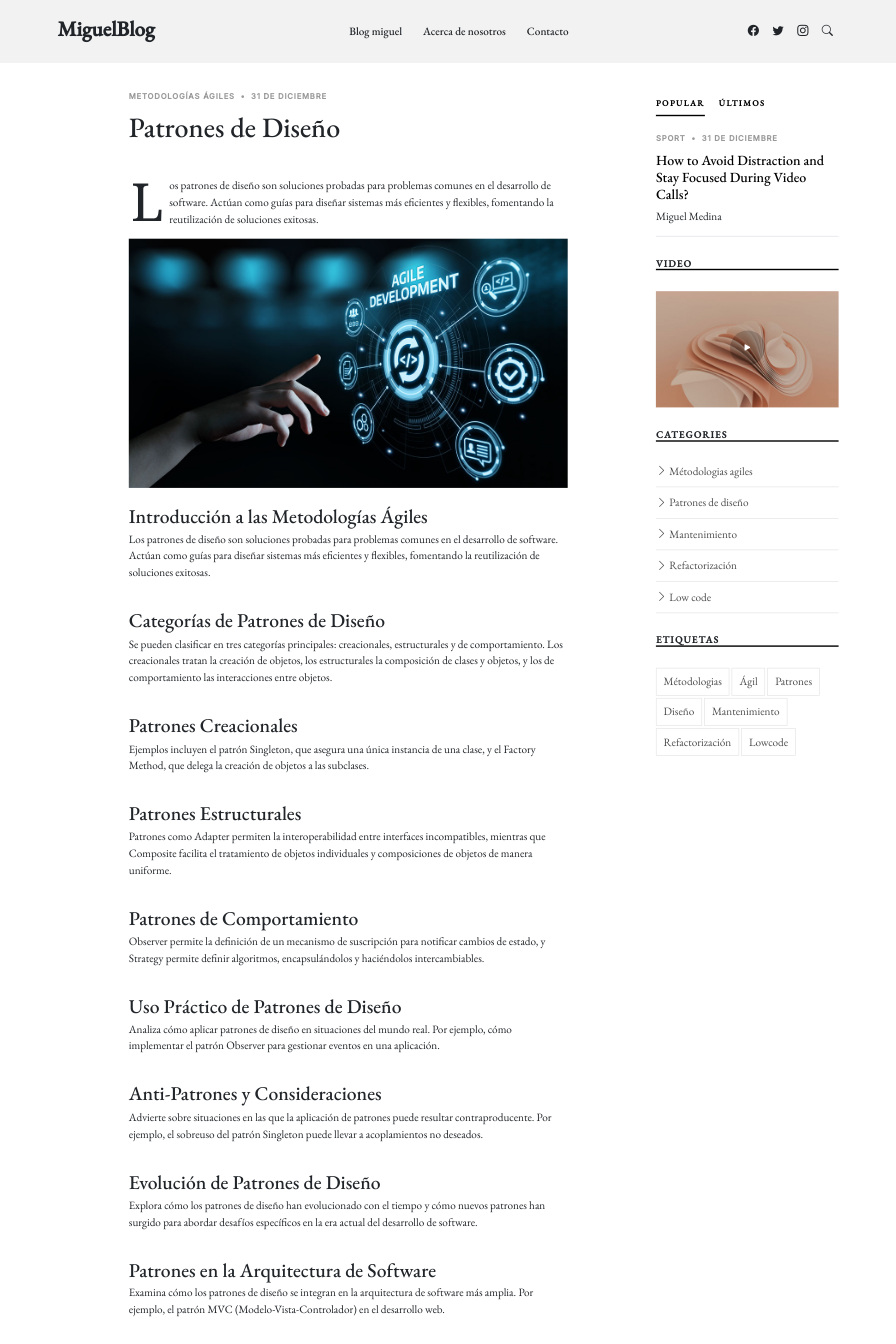
Repository: MiguelDev5/blog-miguel
Page: post-pd.html
An editor plug-in stored every save of this project. The page is shown before and after the next save, followed by the edit.
The browser window is 1280 px wide. The pictures show the part of the page from y = 0 to 1920 px (the page is 2992 px tall before and 2988 px after), at 70% of full size.
Some web fonts or font styles are not loaded; a fallback is used.

Above is the page before, as saved 2024-01-01 20:33:03.

### post-pd.html
<!DOCTYPE html>
<html lang="en">

<head>
  <meta charset="utf-8">
  <meta content="width=device-width, initial-scale=1.0" name="viewport">

  <title>MiguelBlog Bootstrap Template - Single Post</title>
  <meta content="" name="description">
  <meta content="" name="keywords">

  <!-- Favicons -->
  <link href="assets/img/favicon.png" rel="icon">
  <link href="assets/img/apple-touch-icon.png" rel="apple-touch-icon">

  <!-- Google Fonts -->
  <link rel="preconnect" href="https://fonts.googleapis.com">
  <link rel="preconnect" href="https://fonts.gstatic.com" crossorigin>
  <link href="https://fonts.googleapis.com/css2?family=EB+Garamond:wght@400;500&family=Inter:wght@400;500&family=Playfair+Display:ital,wght@0,400;0,700;1,400;1,700&display=swap" rel="stylesheet">

  <!-- Vendor CSS Files -->
  <link href="assets/vendor/bootstrap/css/bootstrap.min.css" rel="stylesheet">
  <link href="assets/vendor/bootstrap-icons/bootstrap-icons.css" rel="stylesheet">
  <link href="assets/vendor/swiper/swiper-bundle.min.css" rel="stylesheet">
  <link href="assets/vendor/glightbox/css/glightbox.min.css" rel="stylesheet">
  <link href="assets/vendor/aos/aos.css" rel="stylesheet">

  <!-- Template Main CSS Files -->
  <link href="assets/css/variables.css" rel="stylesheet">
  <link href="assets/css/main.css" rel="stylesheet">

  <!-- =======================================================
  * Template Name: MiguelBlog
  * Updated: Sep 18 2023 with Bootstrap v5.3.2
  * Template URL: https://bootstrapmade.com/miguelBlog-bootstrap-blog-template/
  * Author: BootstrapMade.com
  * License: https:///bootstrapmade.com/license/
  ======================================================== -->
</head>

<body>

  <!-- ======= Header ======= -->
  <header id="header" class="header d-flex align-items-center fixed-top">
    <div class="container-fluid container-xl d-flex align-items-center justify-content-between">

      <a href="index.html" class="logo d-flex align-items-center">
        <!-- Uncomment the line below if you also wish to use an image logo -->
        <!-- <img src="assets/img/logo.png" alt=""> -->
        <h1>MiguelBlog</h1>
      </a>

      <nav id="navbar" class="navbar">
        <ul>
          <li><a href="index.html">Blog miguel</a></li>
          <li><a href="about.html">Acerca de nosotros</a></li>
          <li><a href="contact.html">Contacto</a></li>
        </ul>
      </nav><!-- .navbar -->

      <div class="position-relative">
        <a href="#" class="mx-2"><span class="bi-facebook"></span></a>
        <a href="#" class="mx-2"><span class="bi-twitter"></span></a>
        <a href="#" class="mx-2"><span class="bi-instagram"></span></a>

        <a href="#" class="mx-2 js-search-open"><span class="bi-search"></span></a>
        <i class="bi bi-list mobile-nav-toggle"></i>

        <!-- ======= Search Form ======= -->
        <div class="search-form-wrap js-search-form-wrap">
          <form action="search-result.html" class="search-form">
            <span class="icon bi-search"></span>
            <input type="text" placeholder="Search" class="form-control">
            <button class="btn js-search-close"><span class="bi-x"></span></button>
          </form>
        </div><!-- End Search Form -->

      </div>

    </div>

  </header><!-- End Header -->

  <main id="main">

    <section class="single-post-content">
      <div class="container">
        <div class="row">
          <div class="col-md-9 post-content" data-aos="fade-up">

            <!-- ======= Single Post Content ======= -->
            <div class="single-post">
              <div class="post-meta"><span class="date">Metodologías ágiles</span> <span class="mx-1">&bullet;</span> <span>31 de Diciembre</span></div>
              <h1 class="mb-5">Patrones de Diseño</h1>
              <p><span class="firstcharacter">L</span>os patrones de diseño son soluciones probadas para problemas comunes en el desarrollo de software. Actúan como guías para diseñar sistemas más eficientes y flexibles, fomentando la reutilización de soluciones exitosas.</p>
              <div class="col-md-9"></div>
                  <img src="assets/img/ma001.jpg" alt="" class="img-fluid" style="width: 200;">

              </div>
              <br/>
              <h3 class="mb-1">Introducción a las Metodologías Ágiles</h3>
              <p>Los patrones de diseño son soluciones probadas para problemas comunes en el desarrollo de software. Actúan como guías para diseñar sistemas más eficientes y flexibles, fomentando la reutilización de soluciones exitosas.</p>

              <br/>
              <h3 class="mb-1">Categorías de Patrones de Diseño</h3>
              <p>Se pueden clasificar en tres categorías principales: creacionales, estructurales y de comportamiento. Los creacionales tratan la creación de objetos, los estructurales la composición de clases y objetos, y los de comportamiento las interacciones entre objetos.</p>

              <br/>
              <h3 class="mb-1">Patrones Creacionales</h3>
              <p>Ejemplos incluyen el patrón Singleton, que asegura una única instancia de una clase, y el Factory Method, que delega la creación de objetos a las subclases.</p>

              <br/>
              <h3 class="mb-1">Patrones Estructurales</h3>
              <p>Patrones como Adapter permiten la interoperabilidad entre interfaces incompatibles, mientras que Composite facilita el tratamiento de objetos individuales y composiciones de objetos de manera uniforme.</p>

              <br/>
              <h3 class="mb-1">Patrones de Comportamiento</h3>
              <p>Observer permite la definición de un mecanismo de suscripción para notificar cambios de estado, y Strategy permite definir algoritmos, encapsulándolos y haciéndolos intercambiables.</p>

              <br/>
              <h3 class="mb-1">Uso Práctico de Patrones de Diseño</h3>
              <p>Analiza cómo aplicar patrones de diseño en situaciones del mundo real. Por ejemplo, cómo implementar el patrón Observer para gestionar eventos en una aplicación.</p>

              <br/>
              <h3 class="mb-1">Anti-Patrones y Consideraciones</h3>
              <p>Advierte sobre situaciones en las que la aplicación de patrones puede resultar contraproducente. Por ejemplo, el sobreuso del patrón Singleton puede llevar a acoplamientos no deseados.</p>

              <br/>
              <h3 class="mb-1">Evolución de Patrones de Diseño</h3>
              <p>Explora cómo los patrones de diseño han evolucionado con el tiempo y cómo nuevos patrones han surgido para abordar desafíos específicos en la era actual del desarrollo de software.</p>

              <br/>
              <h3 class="mb-1">Patrones en la Arquitectura de Software</h3>
              <p>Examina cómo los patrones de diseño se integran en la arquitectura de software más amplia. Por ejemplo, el patrón MVC (Modelo-Vista-Controlador) en el desarrollo web.</p>

              <br/>
              <h3 class="mb-1">Tendencias Actuales en Patrones de Diseño</h3>
              <p>Explora las tendencias emergentes en patrones de diseño, como los patrones reactivos para sistemas concurrentes y distribuidos.</p>

            <!-- ======= Comments Form ======= -->
            <div class="row justify-content-center mt-5">

              <div class="col-lg-12">
                <h5 class="comment-title">Realiza un comentario</h5>
                <div class="row">
                  <div class="col-lg-6 mb-3">
                    <label for="comment-name">Nombre</label>
                    <input type="text" class="form-control" id="comment-name" placeholder="Ingresa tu nombre">
                  </div>
                  <div class="col-lg-6 mb-3">
                    <label for="comment-email">Correo electrónico</label>
                    <input type="text" class="form-control" id="comment-email" placeholder="Ingresa tu correo electrónico">
                  </div>
                  <div class="col-12 mb-3">
                    <label for="comment-message">Mensaje</label>

                    <textarea class="form-control" id="comment-message" placeholder="Ingresa tu comentario" cols="30" rows="10"></textarea>
                  </div>
                  <div class="col-12">
                    <input type="submit" class="btn btn-primary" value="Publicar">
                  </div>
                </div>
              </div>
            </div><!-- End Comments Form -->

          </div>
          <div class="col-md-3">
            <!-- ======= Sidebar ======= -->
            <div class="aside-block">

              <ul class="nav nav-pills custom-tab-nav mb-4" id="pills-tab" role="tablist">
                <li class="nav-item" role="presentation">
                  <button class="nav-link active" id="pills-popular-tab" data-bs-toggle="pill" data-bs-target="#pills-popular" type="button" role="tab" aria-controls="pills-popular" aria-selected="true">Popular</button>
                </li>
                <li class="nav-item" role="presentation">
                  <button class="nav-link" id="pills-latest-tab" data-bs-toggle="pill" data-bs-target="#pills-latest" type="button" role="tab" aria-controls="pills-latest" aria-selected="false">Últimos</button>
                </li>
              </ul>

              <div class="tab-content" id="pills-tabContent">

                <!-- Popular -->
                <div class="tab-pane fade show active" id="pills-popular" role="tabpanel" aria-labelledby="pills-popular-tab">
                  <div class="post-entry-1 border-bottom">
                    <div class="post-meta"><span class="date">Sport</span> <span class="mx-1">&bullet;</span> <span>31 de Diciembre</span></div>
                    <h2 class="mb-2"><a href="#">How to Avoid Distraction and Stay Focused During Video Calls?</a></h2>
                    <span class="author mb-3 d-block">Miguel Medina</span>
                  </div>


                </div> <!-- End Popular -->



                <!-- Latest -->
                <div class="tab-pane fade" id="pills-latest" role="tabpanel" aria-labelledby="pills-latest-tab">
                  <div class="post-entry-1 border-bottom">
                    <div class="post-meta"><span class="date">Lifestyle</span> <span class="mx-1">&bullet;</span> <span>31 de Diciembre</span></div>
                    <h2 class="mb-2"><a href="#">Life Insurance And Pregnancy: A Working Mom’s Guide</a></h2>
                    <span class="author mb-3 d-block">Miguel Medina</span>
                  </div>



                </div> <!-- End Latest -->

              </div>
            </div>

            <div class="aside-block">
              <h3 class="aside-title">Video</h3>
              <div class="video-post">
                <a href="https://www.youtube.com/watch?v=AiFfDjmd0jU" class="glightbox link-video">
                  <span class="bi-play-fill"></span>
                  <img src="assets/img/post-landscape-5.jpg" alt="" class="img-fluid">
                </a>
              </div>
            </div><!-- End Video -->

            <div class="aside-block">
              <h3 class="aside-title">Categories</h3>
              <ul class="aside-links list-unstyled">
                <li><a href="category.html"><i class="bi bi-chevron-right"></i> Métodologias agiles</a></li>
                <li><a href="category.html"><i class="bi bi-chevron-right"></i> Patrones de diseño</a></li>
                <li><a href="category.html"><i class="bi bi-chevron-right"></i> Mantenimiento</a></li>
                <li><a href="category.html"><i class="bi bi-chevron-right"></i> Refactorización</a></li>
                <li><a href="category.html"><i class="bi bi-chevron-right"></i> Low code</a></li>
              </ul>
            </div><!-- End Categories -->

            <div class="aside-block">
              <h3 class="aside-title">Etiquetas</h3>
              <ul class="aside-tags list-unstyled">
                <li><a href="category.html">Métodologias</a></li>
                <li><a href="category.html">Ágil</a></li>
                <li><a href="category.html">Patrones</a></li>
                <li><a href="category.html">Diseño</a></li>
                <li><a href="category.html">Mantenimiento</a></li>
                <li><a href="category.html">Refactorización</a></li>
                <li><a href="category.html">Lowcode</a></li>
              </ul>
            </div><!-- End Tags -->

          </div>
        </div>
      </div>
    </section>
  </main><!-- End #main -->

  <!-- ======= Footer ======= -->
  <footer id="footer" class="footer">
    <div class="footer-content">
      <div class="container">
        <div class="row g-5">
          <div class="col-lg-8">
            <h3 class="footer-heading">Acerca del blog</h3>
            <p>Este blog fue creado con el propósito de compartir conocimientos, inspirar ideas y fomentar la conversación. Nos esforzamos por ofrecer contenido relevante y útil que abarque una variedad de temas. Ya sea que estés buscando información práctica, consejos inspiradores o simplemente un lugar para explorar nuevas ideas, nuestro objetivo es ser tu recurso confiable. ¡Bienvenido a nuestro espacio virtual, donde la información se encuentra con la inspiración!</p>
            <p><a href="about.html" class="footer-link-more">Leer más</a></p>
          </div>
          <div class="col-6 col-lg-2">
            <h3 class="footer-heading">Navegación</h3>
            <ul class="footer-links list-unstyled">
              <li><a href="index.html"><i class="bi bi-chevron-right"></i> Principal</a></li>
              <li><a href="index.html"><i class="bi bi-chevron-right"></i> Blog</a></li>
              <li><a href="about.html"><i class="bi bi-chevron-right"></i> Nosotros</a></li>
              <li><a href="contact.html"><i class="bi bi-chevron-right"></i> Contacto</a></li>
            </ul>
          </div>
        </div>
      </div>
    </div>

    <div class="footer-legal">
      <div class="container">

        <div class="row justify-content-between">
          <div class="col-md-6 text-center text-md-start mb-3 mb-md-0">
            <div class="copyright">
              © Copyright <strong><span>MiguelBlog</span></strong>. All Rights Reserved
            </div>

            <div class="credits">
              Designed by BootstrapMade
            </div>

          </div>

          <div class="col-md-6">
            <div class="social-links mb-3 mb-lg-0 text-center text-md-end">
              <a href="#" class="twitter"><i class="bi bi-twitter"></i></a>
              <a href="#" class="facebook"><i class="bi bi-facebook"></i></a>
              <a href="#" class="instagram"><i class="bi bi-instagram"></i></a>
              <a href="#" class="google-plus"><i class="bi bi-skype"></i></a>
              <a href="#" class="linkedin"><i class="bi bi-linkedin"></i></a>
            </div>

          </div>

        </div>

      </div>
    </div>
  </footer>

  <a href="#" class="scroll-top d-flex align-items-center justify-content-center"><i class="bi bi-arrow-up-short"></i></a>

  <!-- Vendor JS Files -->
  <script src="assets/vendor/bootstrap/js/bootstrap.bundle.min.js"></script>
  <script src="assets/vendor/swiper/swiper-bundle.min.js"></script>
  <script src="assets/vendor/glightbox/js/glightbox.min.js"></script>
  <script src="assets/vendor/aos/aos.js"></script>
  <script src="assets/vendor/php-email-form/validate.js"></script>

  <!-- Template Main JS File -->
  <script src="assets/js/main.js"></script>

</body>

</html>

Loaded but not shown: assets/vendor/bootstrap/css/bootstrap.min.css (library); assets/vendor/bootstrap-icons/bootstrap-icons.css (library); assets/vendor/swiper/swiper-bundle.min.css (library); assets/vendor/glightbox/css/glightbox.min.css (library); assets/vendor/aos/aos.css (library); assets/vendor/bootstrap/js/bootstrap.bundle.min.js (library); assets/vendor/swiper/swiper-bundle.min.js (library); assets/vendor/glightbox/js/glightbox.min.js (library); assets/vendor/aos/aos.js (library); assets/vendor/php-email-form/validate.js (common file); assets/js/main.js (154 lines, source omitted); assets/css/main.css (1300 lines, source omitted); assets/css/variables.css (207 lines, source omitted)

After the next save:
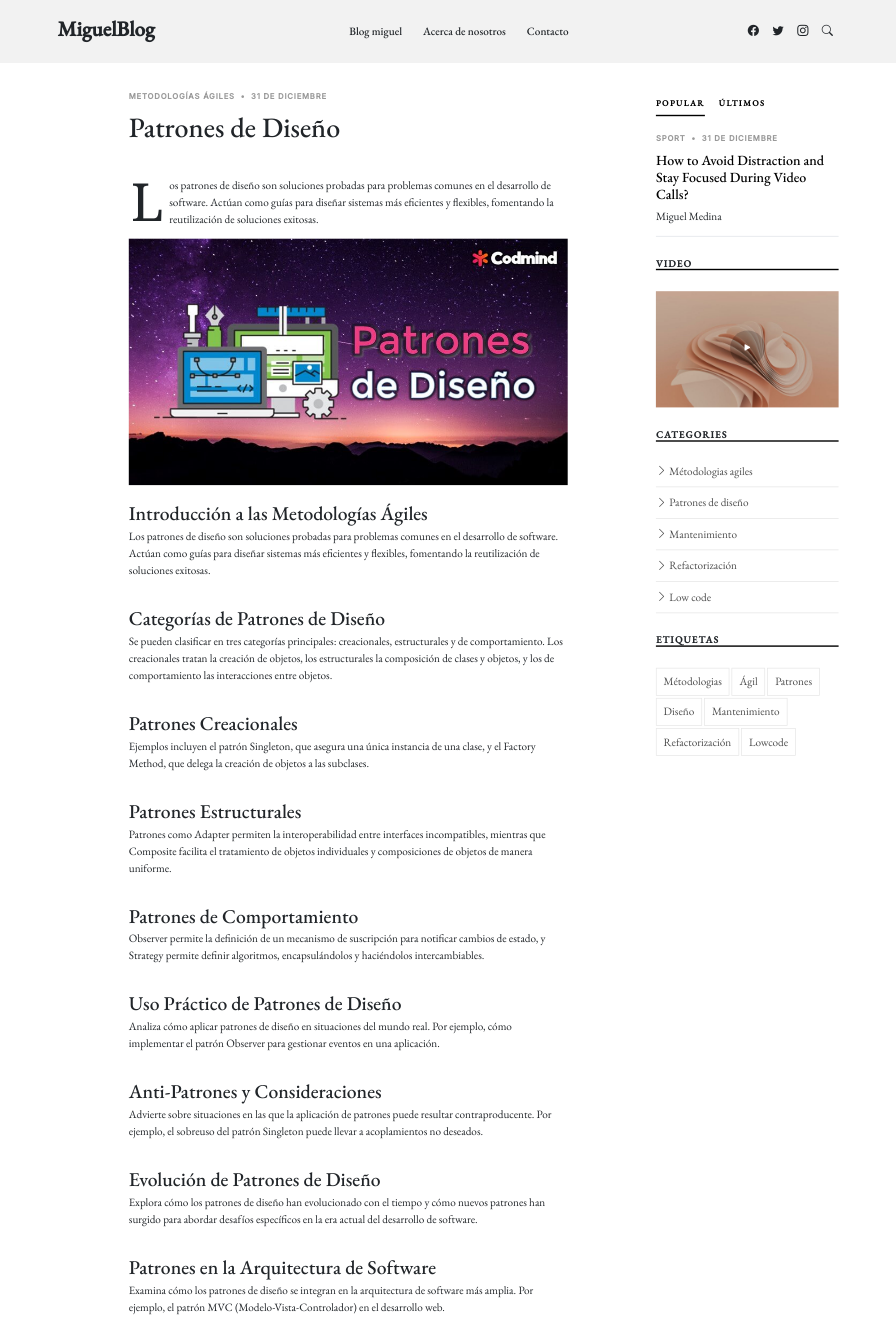
Saved 25 s later.
--- a/post-pd.html
+++ b/post-pd.html
@@ -94,7 +94,7 @@
               <h1 class="mb-5">Patrones de Diseño</h1>
               <p><span class="firstcharacter">L</span>os patrones de diseño son soluciones probadas para problemas comunes en el desarrollo de software. Actúan como guías para diseñar sistemas más eficientes y flexibles, fomentando la reutilización de soluciones exitosas.</p>
               <div class="col-md-9"></div>
-                  <img src="assets/img/ma001.jpg" alt="" class="img-fluid" style="width: 200;">
+                  <img src="assets/img/pd001.jpg" alt="" class="img-fluid" style="width: 200;">
 
               </div>
               <br/>
